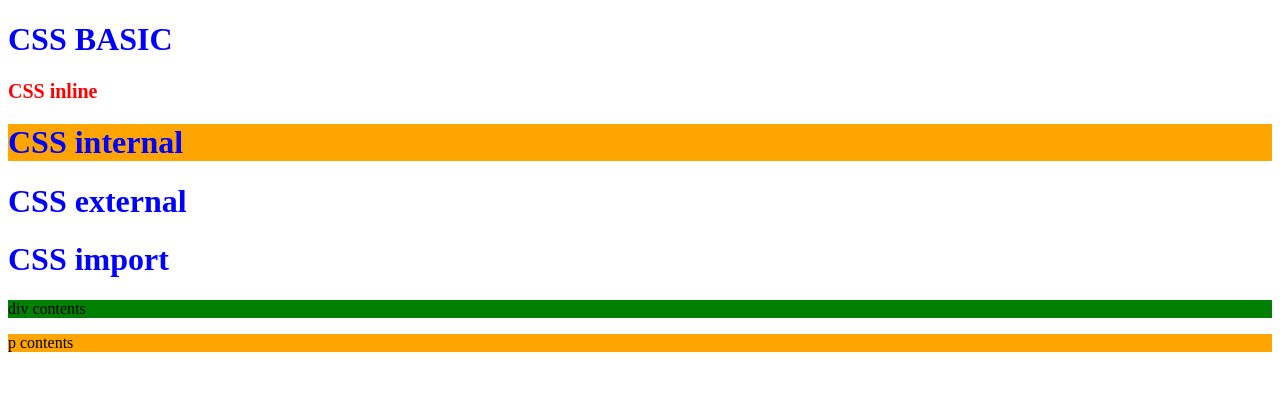
Repository: jelly02/workspace_web
Page: 04.css_basic/src/main/webapp/index.html
An editor plug-in stored every save of this project. The page is shown before and after the next save, followed by the edit.
The browser window is 1280 px wide. The pictures show the whole page.

Above is the page before, as saved 2021-06-28 01:23:43.

After the next save:
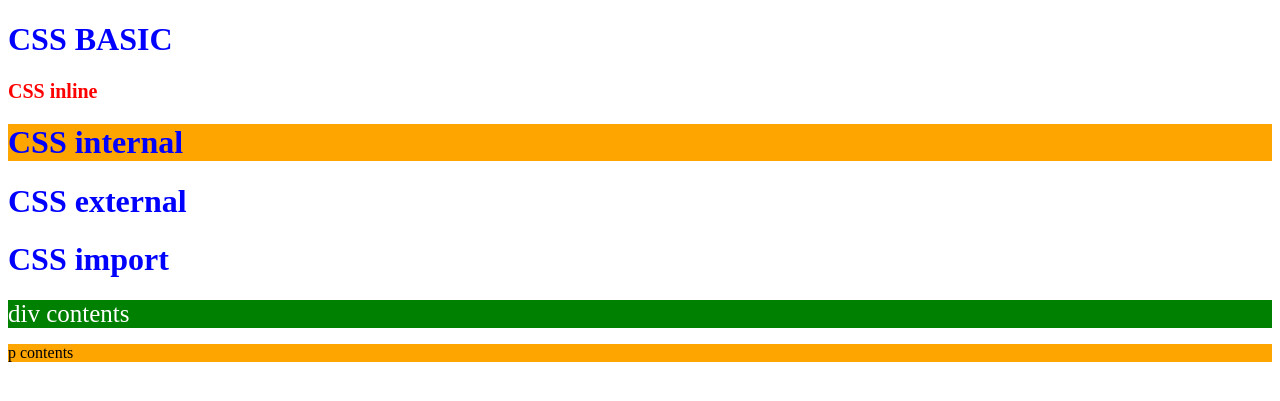
Saved 42 s later.
--- a/04.css_basic/src/main/webapp/index.html
+++ b/04.css_basic/src/main/webapp/index.html
@@ -9,7 +9,7 @@
 
 		h1 {color : blue;}
 		.common {background-color: orange;}
-		div.common {background-color: green;}
+		div.common {background-color: green; font-size : 25px; color: white; }
 
 		</style>
 
